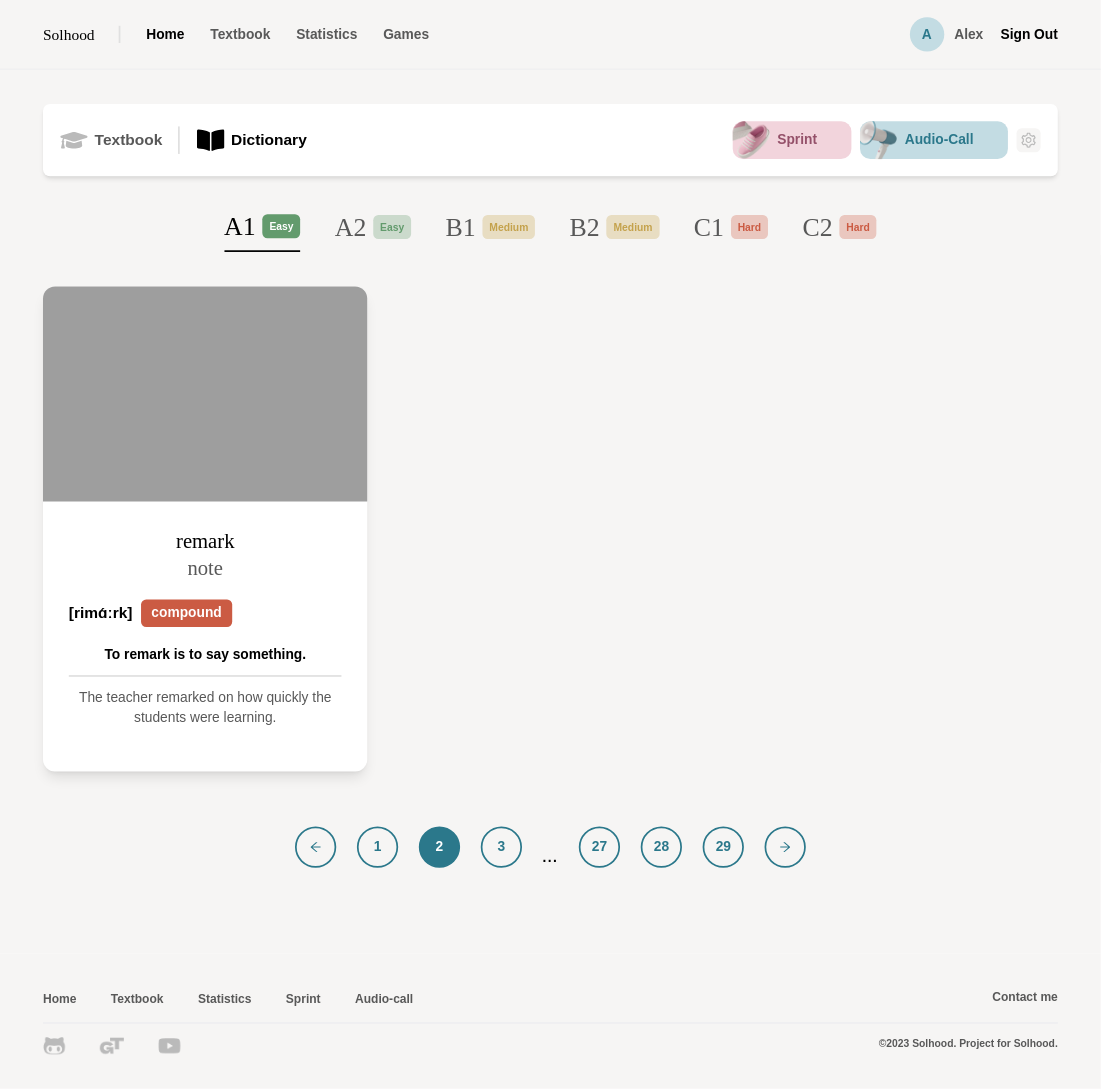
Repository: haudnn/solhood
Page: /textbook
The author's editor kept a copy of each file at every save. The page is drawn from the files as they stood at one save, then again after the next save.
The browser window is 1280 px wide. The pictures show the whole page, at 86% of full size.
Pictures or frames that could not be fetched are drawn as grey boxes. The project was rebuilt for these pictures with package versions that can differ from the ones it lists, and the page was loaded fresh each time. Also part of the build but not shown: src/pages/Home.tsx, src/pages/sprint/Sprint.tsx, src/pages/sprint/Game.tsx, src/pages/sprint/Result.tsx, src/pages/audio/Audio.tsx, src/pages/audio/Game.tsx, src/pages/audio/Result.tsx, src/pages/statistics/Statistics.tsx.

Above is the page before, as saved 2023-01-11 11:27:36.

### public/index.html
<!DOCTYPE html>
<html lang="en">
  <head>
    <meta charset="utf-8" />
    <link rel="icon" href="%PUBLIC_URL%/solanaLogoMark.svg" />
    <meta name="viewport" content="width=device-width, initial-scale=1" />
    <meta name="theme-color" content="#000000" />
    <meta
      name="description"
      content="Web site created using create-react-app"
    />
    <link rel="apple-touch-icon" href="%PUBLIC_URL%/logo192.png" />
    <link rel="manifest" href="%PUBLIC_URL%/manifest.json" />
    <title>Solhood | E-Learning Platform</title>
  </head>
  <body>
    <noscript>You need to enable JavaScript to run this app.</noscript>
    <div id="root"></div>
  </body>
</html>

### src/App.tsx
import "./App.css";
import { BrowserRouter } from 'react-router-dom';
import RouterConfig from './config/RouterConfig';
import Footer from "./components/Layout/Footer";
import Header from "./components/Layout/Header";
function App() {
  return (
    <div className="overflow-hidden  App font-montserrat">
      <BrowserRouter>
        <Header />
        <RouterConfig/>
        <Footer/>
      </BrowserRouter>
    </div>
  );
}

export default App;

### src/config/RouterConfig.tsx
import React from 'react'
import { Routes, Route } from 'react-router-dom';
import {router} from '../constants';
const RouterConfig = () => {
  return (
    <Routes>
    {router.map(({ path, component }) => (
      <Route key={path} path={path} element={component} />
    ))}
  </Routes>
  )
}

export default RouterConfig

### src/constants/index.ts
import router from "./router"

export {router}

### src/constants/router.tsx
import Home from "../pages/Home";
import Sprint from "../pages/sprint/Sprint";
import SprintGame from "../pages/sprint/Game";
import SprintResult from "../pages/sprint/Result";
import Audio from "../pages/audio/Audio";
import AudioGame from "../pages/audio/Game";
import AudioResult from "../pages/audio/Result";
import TextBook from "../pages/textbook/TextBook";
import Statistics from "../pages/statistics/Statistics";
const router = [
 {
    path: '/',
    component: <Home />,
 },
 {
   path: '/textbook',
   component: <TextBook />,
},
 {
   path: '/statistics',
   component: <Statistics />,
 }
 ,
// Audio
 {
  path: '/audio',
  component: <Audio />,
 },
 {
  path: '/audio/game',
  component: <AudioGame />,
 },
 {
  path: '/audio/result',
  component: <AudioResult />,
 },
// Sprint
 {
  path: '/sprint',
  component: <Sprint />,
  },
 {
  path: '/sprint/game',
  component: <SprintGame />,
 },
 {
  path: '/sprint/result',
  component: <SprintResult />,
 },


]
export default router;

### src/pages/textbook/TextBook.tsx
import React, { useState } from "react";
import { FaGraduationCap, FaBookOpen } from "react-icons/fa";
import { AiOutlineSetting } from "react-icons/ai";
import textbookSneaker from ".././../assets/imgs/textbookSneaker.png";
import textbookAudio from ".././../assets/imgs/textbookAudio.png";
import useOnClickOutside from "../../hooks/useClickOutSide";
import { AiOutlineArrowLeft, AiOutlineArrowRight } from "react-icons/ai";
import noWords from "../../assets/imgs/nowords.png";
import WordItem from "./WordItem";
const TextBook = () => {
  const [isSettings, setIsSettings] = useState<Boolean>(false);
  const ref = React.useRef<HTMLDivElement | null>(null);
  useOnClickOutside(ref, () => setIsSettings(false));
  const handleShowSettings = () => {
    setIsSettings((prev) => !prev);
  };
  const [checkedList, setCheckedList] = useState([
    {
      id: 0,
      checked: false,
    },
    {
      id: 1,
      checked: false,
    },
  ]);
  const handleChecked = (e: any) => {
    const { value, checked } = e.target;
    const newList = [...checkedList];
    newList[+value].checked = checked;
    setCheckedList(newList);
  };
  return (
    <div className="md:pt-10 pt-5 textbook bg-greyligt pb-[100px] px-5 md:px-0">
      <div className="flex flex-col items-center max-w-[1180px] m-auto">
        <div className="w-full p-5 bg-white rounded-lg shadow-md ">
          <div className="grid">
            <div className="row">
              <div className="col l-6 c-12">
                <div className="flex items-center w-full h-full ">
                  <div className="flex items-center justify-center h-8 mr-5 cursor-pointer gap-x-2 line-long before:-right-5">
                    <FaGraduationCap className="md:w-8 w-[21px] h-full text-greyicon"></FaGraduationCap>
                    <span className="text-lg font-bold leading-8 text-greydark">
                      Textbook
                    </span>
                  </div>
                  <div className="flex items-center justify-center h-8 ml-5 text-black cursor-pointer gap-x-2">
                    <FaBookOpen className="md:w-8 w-[21px] h-full"></FaBookOpen>
                    <span className="text-lg font-bold leading-8">
                      Dictionary
                    </span>
                  </div>
                </div>
              </div>
              <div className="col l-6 c-12">
                <div
                  ref={ref}
                  className="mt-3 md:mt-0 flex items-center md:justify-end w-full h-full gap-x-[10px] relative "
                >
                  <div className="flex items-center justify-start pr-10 cursor-pointer rounded-xl gap-x-2 bg-pinklight">
                    <img
                      src={textbookSneaker}
                      alt=""
                      className="object-cover"
                    />
                    <span className="text-base font-bold text-pinkdark">
                      Sprint
                    </span>
                  </div>
                  <div className="flex items-center justify-start pr-5 cursor-pointer md:pr-10 rounded-xl gap-x-2 bg-cyanlight">
                    <img src={textbookAudio} alt="" className="object-cover" />
                    <span className="text-sm font-bold md:text-base text-cyandark">
                      Audio-Call
                    </span>
                  </div>
                  <div
                    onClick={handleShowSettings}
                    className={`flex items-center justify-center p-1 rounded-md cursor-pointer ${isSettings ? "bg-cyandark" : "bg-greyligt"}`}
                  >
                    <AiOutlineSetting className={`w-5 h-5 ${isSettings ? "text-white" : "text-greyicon"} t`}></AiOutlineSetting>
                  </div>
                  {isSettings && (
                    <div className="absolute p-5 bg-white rounded-[14px] shadow-lg top-14 bridge">
                      <div>
                        <div className="flex items-center gap-x-[10px] mb-1">
                          <input
                            checked={checkedList[0].checked}
                            onChange={handleChecked}
                            type="checkbox"
                            id="0"
                            name="0"
                            value="0"
                          />
                          <label
                            htmlFor="0"
                            className={`font-semibold ${
                              checkedList[0].checked
                                ? "text-black"
                                : "text-[#828282]"
                            }`}
                          >
                            Show words in a list
                          </label>
                        </div>
                        <div className="flex items-center gap-x-[10px] mb-1">
                          <input
                            checked={checkedList[1].checked}
                            onChange={handleChecked}
                            type="checkbox"
                            id="1"
                            name="1"
                            value="1"
                          />
                          <label
                            htmlFor="1"
                            className={`font-semibold ${
                              checkedList[1].checked
                                ? "text-black"
                                : "text-[#828282]"
                            }`}
                          >
                            Display the 'Add' and 'Remove' buttons
                          </label>
                        </div>
                      </div>
                    </div>
                  )}
                </div>
              </div>
            </div>
          </div>
        </div>
        <div className="flex items-center justify-center my-10 gap-x-10">
          <div className="cursor-pointer flex items-center justify-center pb-[10px] gap-x-2 border-b-2 border-solid border-black">
            <span className="text-3xl font-dela">A1</span>
            <div className="px-2 py-[2px] rounded-md bg-greendesign">
              <span className="text-xs font-semibold text-white">Easy</span>
            </div>
          </div>
          <div className="cursor-pointer flex items-center justify-center pb-[10px] gap-x-2">
            <span className="text-3xl font-dela text-greydark">A2</span>
            <div className="px-2 py-[2px] rounded-md bg-secondgreendesign">
              <span className="text-xs font-semibold text-greendesign">
                Easy
              </span>
            </div>
          </div>
          <div className="cursor-pointer flex items-center justify-center pb-[10px] gap-x-2">
            <span className="text-3xl font-dela text-greydark">B1</span>
            <div className="px-2 py-[2px] rounded-md bg-secondyellowdesign">
              <span className="text-xs font-semibold text-yellowdesign">
                Medium
              </span>
            </div>
          </div>
          <div className="cursor-pointer flex items-center justify-center pb-[10px] gap-x-2">
            <span className="text-3xl font-dela text-greydark">B2</span>
            <div className="px-2 py-[2px] rounded-md bg-secondyellowdesign">
              <span className="text-xs font-semibold text-yellowdesign">
                Medium
              </span>
            </div>
          </div>
          <div className="cursor-pointer flex items-center justify-center pb-[10px] gap-x-2">
            <span className="text-3xl font-dela text-greydark">C1</span>
            <div className="px-2 py-[2px] rounded-md bg-secondorangedesign">
              <span className="text-xs font-semibold text-orangedesign">
                Hard
              </span>
            </div>
          </div>
          <div className="cursor-pointer flex items-center justify-center pb-[10px] gap-x-2">
            <span className="text-3xl font-dela text-greydark">C2</span>
            <div className="px-2 py-[2px] rounded-md bg-secondorangedesign">
              <span className="text-xs font-semibold text-orangedesign">
                Hard
              </span>
            </div>
          </div>
        </div>
        <div className={`${checkedList[0].checked ? "w-[926px]" : "w-full"} `}>
          <div className="gird">
            <div className="row">
                <WordItem isList={checkedList[0].checked} isShowButtons={checkedList[1].checked}/>
            </div>
          </div>
        </div>
        {/* <div>
          <div className="p-10 bg-white rounded-xl max-w-[800px]">
            <div className="grid">
              <div className="row">
                <div className="col l-4">
                  <div>
                    <img
                      src={noWords}
                      alt=""
                      className="object-cover w-full h-full"
                    />
                  </div>
                </div>
                <div className="col l-8">
                  <div className="flex flex-col justify-center w-full h-full">
                    <p className="text-2xl font-dela mb-[14px]">No words in this section yet</p>
                    <p className="mb-8 text-base font-semibold text-greydark">
                      To save difficult words for further study, go to the textbook and select 'add to dictionary'
                    </p>
                    <div>
                      <button className="py-[14px] px-[22px] flex items-center justify-center rounded-[100px] bg-cyandark">
                        <a href="/textbook" className="text-base font-semibold text-white">
                          To Textbook
                        </a>
                      </button>
                    </div>
                  </div>
                </div>
              </div>
            </div>
          </div>
        </div> */}
        <div className="flex pt-10 gap-x-6">
          <div className="w-[48px] h-[48px] flex items-center justify-center rounded-[50%] border-2 border-solid border-cyandark text-cyandark">
            <AiOutlineArrowLeft className="text-base font-bold"></AiOutlineArrowLeft>
          </div>
          <div className="w-[48px] h-[48px] flex items-center justify-center rounded-[50%] border-2 border-solid border-cyandark text-cyandark">
            <span className="text-base font-bold">1</span>
          </div>
          <div className="w-[48px] h-[48px] flex items-center justify-center rounded-[50%] border-2 border-solid border-cyandark text-white bg-cyandark">
            <span className="text-base font-bold">2</span>
          </div>
          <div className="w-[48px] h-[48px] flex items-center justify-center rounded-[50%] border-2 border-solid border-cyandark text-cyandark">
            <span className="text-base font-bold">3</span>
          </div>
          <div className="h-[48px] flex items-end">
            <span className="text-base font-bold tracking-widest">...</span>
          </div>
          <div className="w-[48px] h-[48px] flex items-center justify-center rounded-[50%] border-2 border-solid border-cyandark text-cyandark">
            <span className="text-base font-bold">27</span>
          </div>
          <div className="w-[48px] h-[48px] flex items-center justify-center rounded-[50%] border-2 border-solid border-cyandark text-cyandark">
            <span className="text-base font-bold">28</span>
          </div>
          <div className="w-[48px] h-[48px] flex items-center justify-center rounded-[50%] border-2 border-solid border-cyandark text-cyandark">
            <span className="text-base font-bold">29</span>
          </div>
          <div className="w-[48px] h-[48px] flex items-center justify-center rounded-[50%] border-2 border-solid border-cyandark text-cyandark">
            <AiOutlineArrowRight className="text-base font-bold"></AiOutlineArrowRight>
          </div>
        </div>
      </div>
    </div>
  );
};

export default TextBook;

### src/hooks/useClickOutSide.ts
import {useEffect} from 'react'

const useOnClickOutside = (ref:any, handler:any) => {
    useEffect(() => {
        const listener = (event:any) => {
          if (!ref.current || ref.current.contains(event.target)) {
            return;
          }
          handler(event);
        };
        document.addEventListener("mousedown", listener);
        document.addEventListener("touchstart", listener);
        return () => {
          document.removeEventListener("mousedown", listener);
          document.removeEventListener("touchstart", listener);
        };
      },
      [ref, handler]
    );
  }
export default useOnClickOutside

Loaded but not shown: src/index.tsx (common file); src/App.css (common file); tailwind.config.js (33 lines, source omitted); src/index.css (762 lines, source omitted); src/components/Layout/Header.tsx (167 lines, source omitted); src/pages/textbook/WordItem.tsx (114 lines, source omitted); src/components/Layout/Footer.tsx (108 lines, source omitted)

After the next save:
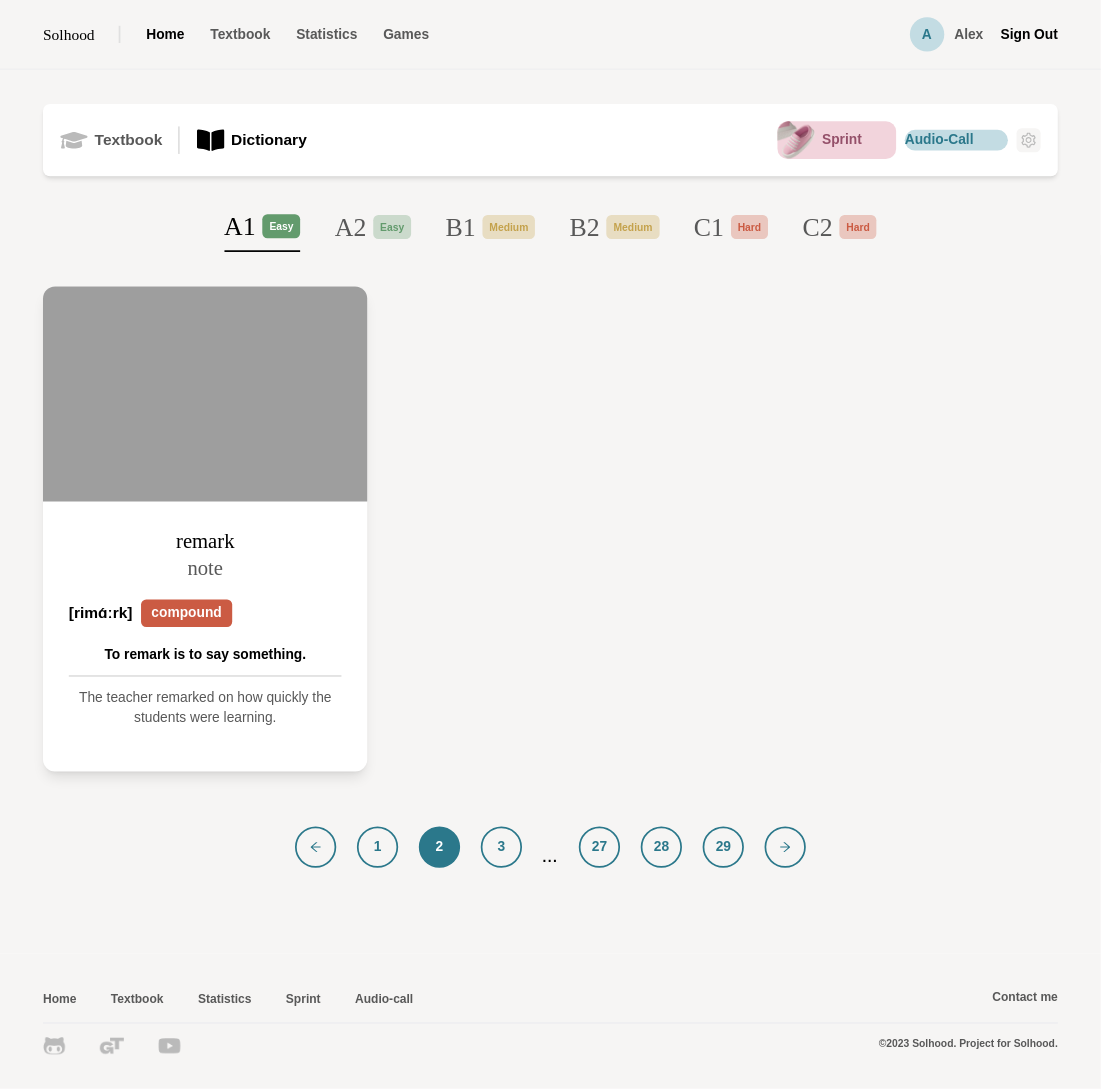
Saved 12 s later.
--- a/src/pages/textbook/TextBook.tsx
+++ b/src/pages/textbook/TextBook.tsx
@@ -68,7 +68,7 @@
                     </span>
                   </div>
                   <div className="flex items-center justify-start pr-5 cursor-pointer md:pr-10 rounded-xl gap-x-2 bg-cyanlight">
-                    <img src={textbookAudio} alt="" className="object-cover" />
+                    {/* <img src={textbookAudio} alt="" className="object-cover" /> */}
                     <span className="text-sm font-bold md:text-base text-cyandark">
                       Audio-Call
                     </span>

After the 3 saves that followed:
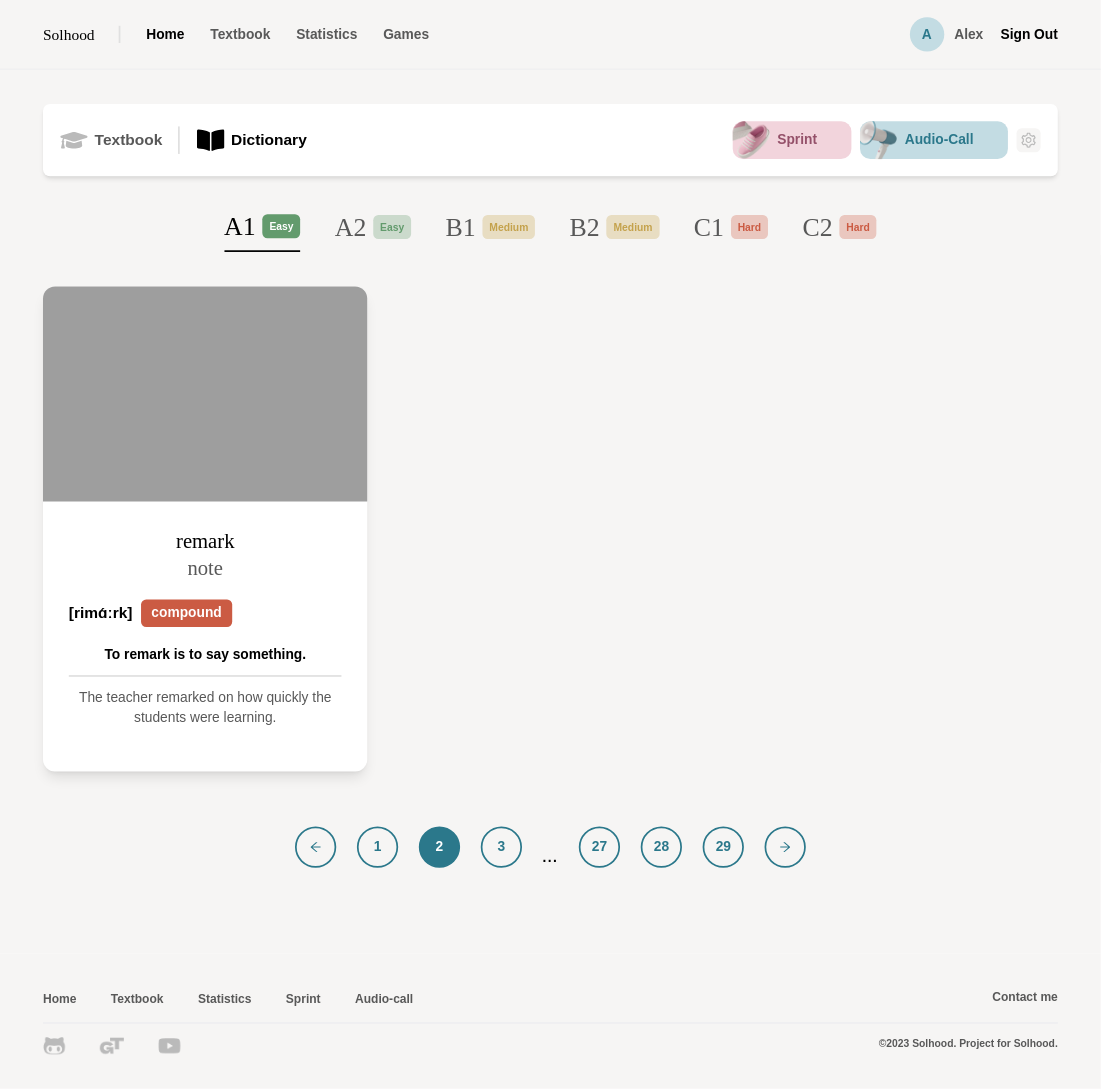
The 3 saves are shown as one change because 1 left the picture as it was and some came seconds apart.
The last was saved 24 s later.
--- a/src/pages/textbook/TextBook.tsx
+++ b/src/pages/textbook/TextBook.tsx
@@ -57,7 +57,7 @@
                   ref={ref}
                   className="mt-3 md:mt-0 flex items-center md:justify-end w-full h-full gap-x-[10px] relative "
                 >
-                  <div className="flex items-center justify-start pr-10 cursor-pointer rounded-xl gap-x-2 bg-pinklight">
+                  <div className="flex items-center justify-start pr-5 cursor-pointer md:pr-10 rounded-xl gap-x-2 bg-pinklight">
                     <img
                       src={textbookSneaker}
                       alt=""
@@ -67,8 +67,8 @@
                       Sprint
                     </span>
                   </div>
-                  <div className="flex items-center justify-start pr-5 cursor-pointer md:pr-10 rounded-xl gap-x-2 bg-cyanlight">
-                    {/* <img src={textbookAudio} alt="" className="object-cover" /> */}
+                  <div className="flex items-center justify-start pr-1 cursor-pointer md:pr-10 rounded-xl gap-x-2 bg-cyanlight">
+                    <img src={textbookAudio} alt="" className="object-cover" />
                     <span className="text-sm font-bold md:text-base text-cyandark">
                       Audio-Call
                     </span>
